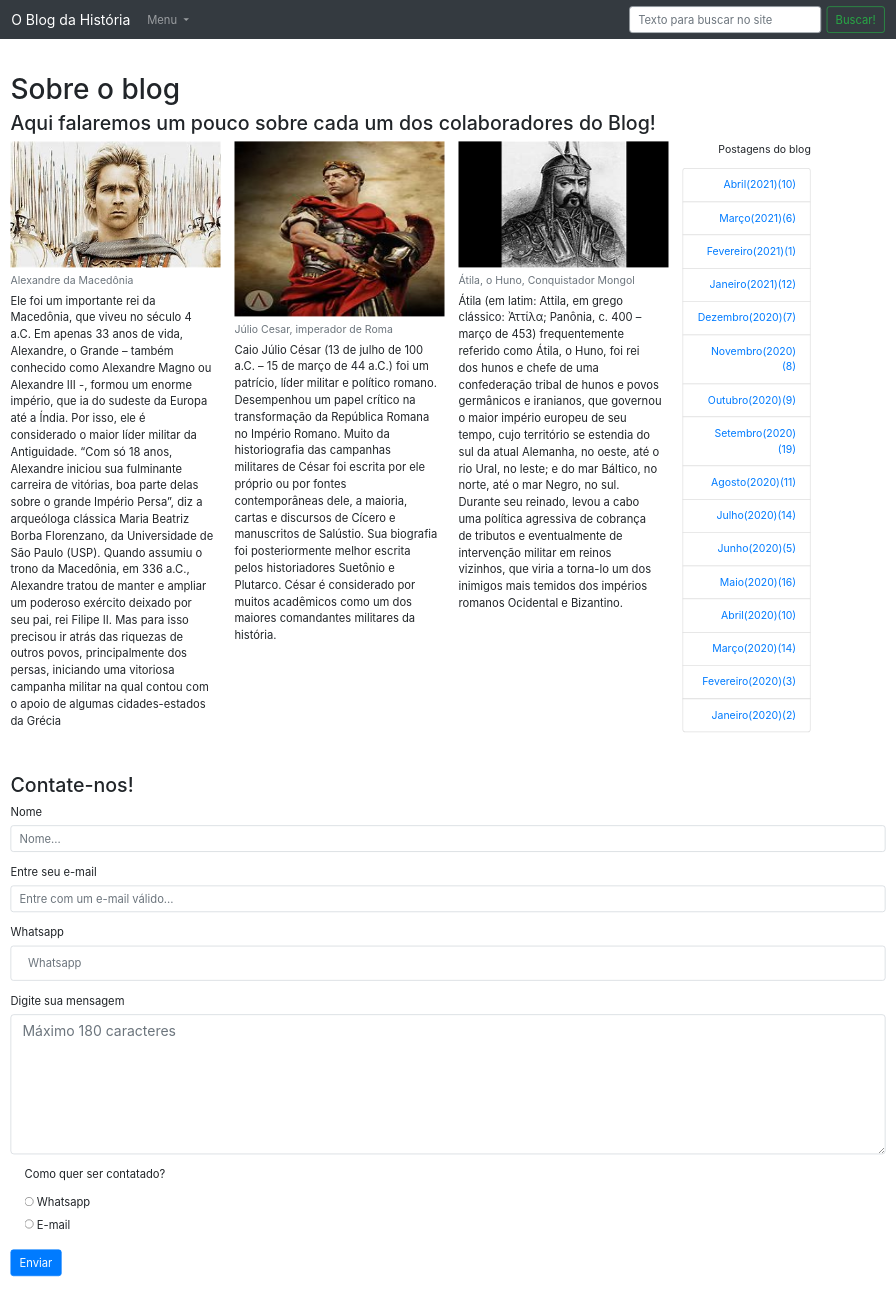
Repository: xhenrique/blog_layout_bootstrap
Page: source/sobre.html
These files come from the project's save history. The page is drawn as it stood at one moment and after the next save; the edit follows.
The browser window is 1280 px wide. The pictures show the whole page, at 70% of full size.

Above is the page before, as saved 2021-04-25 03:27:56.

### source/sobre.html
<!DOCTYPE html>
<html lang="pt-br">
  <head>
    <!-- Meta tags Obrigatórias -->
    <meta charset="utf-8">
    <meta name="viewport" content="width=device-width, initial-scale=1, shrink-to-fit=no">

    <!-- Bootstrap CSS -->
    <link rel="stylesheet" href="https://stackpath.bootstrapcdn.com/bootstrap/4.1.3/css/bootstrap.min.css" integrity="sha384-MCw98/SFnGE8fJT3GXwEOngsV7Zt27NXFoaoApmYm81iuXoPkFOJwJ8ERdknLPMO" crossorigin="anonymous">
    <title>O Blog da História</title>
  </head>
  <body>
    <nav class="navbar navbar-expand-md navbar-dark bg-dark sticky-top">
        <a class = "navbar-brand" href="index.html">O Blog da História</a>

        <!--Especificações do que é cada um dos atributos!!!!!
            "aria-controls": define a relação entre os elementos, um elemento é pai e o outro filho, deve ser definido no pai, relacionando o filho;
            "data-target" : Define o que será exibido quando clicar na opção do menu;
            "data-toggle" : o que vai acontecer quando eu clicar em cima do botão, collapse, por exemplo, faz o botão expandir e retrair as opções;
            "aria-expanded" : Flag para o navegador informando que o elemento não está expandido;
            "aria-label" : é usado para definir uma string na tag do elemento atual.
        -->
        <button class="navbar-toggler" type="button" data-toggle="collapse" data-target="#navbarCfg" aria-controls="navbarCfg">
            <span class="navbar-toggler-icon"></span>
        </button>
        <div class="collapse navbar-collapse" id="navbarCfg">
            <ul class="navbar-nav mr-auto">
                <a class="nav-link dropdown-toggle" href="#" id="navbarDropdown" role="button" data-toggle="dropdown" aria-haspopup="true" aria-expanded="false">
                Menu
                </a>
                <div class="dropdown-menu" aria-labelledby="navbarDropdown">
                <a class="dropdown-item" href="index.html">Início</a>
                <a class="dropdown-item" href="sobre.html">Sobre</a>
                <a class="dropdown-item" href="posts.html">Postagens</a>
                <div class="dropdown-divider"></div>
                <p style="text-align: left; padding-left: 10px;"> Criado por: <br/>José Xavier<br/>UFPA - 2021</p>
                </div>
            </ul>
            <form class="form-inline my-2 my-lg-0">
            <input class="form-control mr-sm-2" type="search" placeholder="Texto para buscar no site" aria-label="Search">
            <button class="btn btn-outline-success my-2 my-sm-0" type="submit">Buscar!</button>
            </form>
        </div>
    </nav>

    <div class="container-fluid" id="sobreContainer">
        <div id="sobre_o_blog" class="text-left">
            <br/>
            <br/>
            <h1>Sobre o blog</h1>
            <h3>Aqui falaremos um pouco sobre cada um dos colaboradores do Blog!</h3>
        </div>
        <div class="row d-flex">
            <div class="col-md-3">
                <img class="figure-img" src="../img/alexandre.jpg" alt="Xandão"  style="height: 180px; width: 300px">
                <figcaption class="figure-caption" style="font-size: 15px; margin-bottom: 5px;">
                    Alexandre da Macedônia
                </figcaption>
                <p>Ele foi um importante rei da Macedônia, que viveu no século 4 a.C. Em apenas 33 anos de vida, Alexandre, o Grande – também conhecido como Alexandre Magno ou Alexandre III -, formou um enorme império, que ia do sudeste da Europa até a Índia. Por isso, ele é considerado o maior líder militar da Antiguidade. “Com só 18 anos, Alexandre iniciou sua fulminante carreira de vitórias, boa parte delas sobre o grande Império Persa”, diz a arqueóloga clássica Maria Beatriz Borba Florenzano, da Universidade de São Paulo (USP). Quando assumiu o trono da Macedônia, em 336 a.C., Alexandre tratou de manter e ampliar um poderoso exército deixado por seu pai, rei Filipe II. Mas para isso precisou ir atrás das riquezas de outros povos, principalmente dos persas, iniciando uma vitoriosa campanha militar na qual contou com o apoio de algumas cidades-estados da Grécia</p>
            </div>
            <div class="col-md-3">
                <img class="figure-img" src="../img/th.jfif" alt="imperador" style="height: 250px; width: 300px">
                <figcaption class="figure-caption" style="font-size: 15px; margin-bottom: 5px;">
                    Júlio Cesar, imperador de Roma
                </figcaption>
                <p>Caio Júlio César (13 de julho de 100 a.C. – 15 de março de 44 a.C.) foi um patrício, líder militar e político romano. Desempenhou um papel crítico na transformação da República Romana no Império Romano. Muito da historiografia das campanhas militares de César foi escrita por ele próprio ou por fontes contemporâneas dele, a maioria, cartas e discursos de Cícero e manuscritos de Salústio. Sua biografia foi posteriormente melhor escrita pelos historiadores Suetônio e Plutarco. César é considerado por muitos acadêmicos como um dos maiores comandantes militares da história.</p>
            </div>
            <div class="col-md-3">
                <img class="figure-img" src="../img/atila.jpg" alt="o_huno" style="height: 180px; width: 300px">
                <figcaption class="figure-caption" style="font-size: 15px; margin-bottom: 5px;">
                        Átila, o Huno, Conquistador Mongol
                </figcaption>
                <p>Átila (em latim: Attila, em grego clássico: Ἀττίλα; Panônia, c. 400 – março de 453) frequentemente referido como Átila, o Huno, foi rei dos hunos e chefe de uma confederação tribal de hunos e povos germânicos e iranianos, que governou o maior império europeu de seu tempo, cujo território se estendia do sul da atual Alemanha, no oeste, até o rio Ural, no leste; e do mar Báltico, no norte, até o mar Negro, no sul. Durante seu reinado, levou a cabo uma política agressiva de cobrança de tributos e eventualmente de intervenção militar em reinos vizinhos, que viria a torna-lo um dos inimigos mais temidos dos impérios romanos Ocidental e Bizantino.</p>
            </div>
                <div class="col-md-2">
                    <div class="text-right" style="font-size: 15px;">
                        <p>Postagens do blog</p>
                        <ul class="list-group">
                            <!--Javascript provavelmente entraria aqui, iterando sobre uma lista/matriz e exibindo a quantida de postagens por mês/ano-->
                            <li class="list-group-item"><a href="">Abril(2021)(10)</a></li>
                            <li class="list-group-item"><a href="">Março(2021)(6)</a></li>
                            <li class="list-group-item"><a href="">Fevereiro(2021)(1)</a></li>
                            <li class="list-group-item"><a href="">Janeiro(2021)(12)</a></li>
                            <li class="list-group-item"><a href="">Dezembro(2020)(7)</a></li>
                            <li class="list-group-item"><a href="">Novembro(2020)(8)</a></li>
                            <li class="list-group-item"><a href="">Outubro(2020)(9)</a></li>
                            <li class="list-group-item"><a href="">Setembro(2020)(19)</a></li>
                            <li class="list-group-item"><a href="">Agosto(2020)(11)</a></li>
                            <li class="list-group-item"><a href="">Julho(2020)(14)</a></li>
                            <li class="list-group-item"><a href="">Junho(2020)(5)</a></li>
                            <li class="list-group-item"><a href="">Maio(2020)(16)</a></li>
                            <li class="list-group-item"><a href="">Abril(2020)(10)</a></li>
                            <li class="list-group-item"><a href="">Março(2020)(14)</a></li>
                            <li class="list-group-item"><a href="">Fevereiro(2020)(3)</a></li>
                            <li class="list-group-item"><a href="">Janeiro(2020)(2)</a></li>
                        </ul>
                    </div>
                </div>
        </div>

        <form>
            <br/>
            <br/>

            <h3>
                Contate-nos!
            </h3>
            <div class="mb-3">
                <label for="nameInput" class="form-label">Nome</label>
                <input type="text" placeholder="Nome..." class="form-control" id="nameInput"  required>
            </div>
            <div class="mb-3">
                <label for="inputEmail" class="form-label">Entre seu e-mail</label>
                <input type="email" placeholder="Entre com um e-mail válido..." class="form-control" id="inputEmail"  required>
            </div>
              <div class="mb-3">
                <label for="wppInput" class="form-label">Whatsapp</label>
                <input type="tel" placeholder="Whatsapp" class="form-control p-4" id="wppInput">
              </div>
              <div class="mb-3">
                <label for="msgInput" class="form-label">Digite sua mensagem</label>
                <textarea type="text" placeholder="Máximo 180 caracteres" maxlength="180" class="form-control form-control-lg" id="msgInput" style="height: 200px;"></textarea>
              </div>
              <div class="mb-3 form-check">
                  <p>Como quer ser contatado?
                  </p>
                  <input type="radio" id="wpp" name="whatsapp" value="Whatsapp">
                  <label for="wpp">Whatsapp</label><br>
                  <input type="radio" id="e-mail" name="email" value="E-mail">
                  <label for="e-mail">E-mail</label><br>
              </div>
              <button class="btn btn-primary" type="submit" aria-label="btnSubmmit">Enviar</button>
              <br>
              <br>
              <br>
        </form>
    </div>


    <!-- JavaScript (Opcional) -->
    <!-- jQuery primeiro, depois Popper.js, depois Bootstrap JS -->
    <script src="https://code.jquery.com/jquery-3.3.1.slim.min.js" integrity="sha384-q8i/X+965DzO0rT7abK41JStQIAqVgRVzpbzo5smXKp4YfRvH+8abtTE1Pi6jizo" crossorigin="anonymous"></script>
    <script src="https://cdnjs.cloudflare.com/ajax/libs/popper.js/1.14.3/umd/popper.min.js" integrity="sha384-ZMP7rVo3mIykV+2+9J3UJ46jBk0WLaUAdn689aCwoqbBJiSnjAK/l8WvCWPIPm49" crossorigin="anonymous"></script>
    <script src="https://stackpath.bootstrapcdn.com/bootstrap/4.1.3/js/bootstrap.min.js" integrity="sha384-ChfqqxuZUCnJSK3+MXmPNIyE6ZbWh2IMqE241rYiqJxyMiZ6OW/JmZQ5stwEULTy" crossorigin="anonymous"></script>
  </body>
</html>

After the next save:
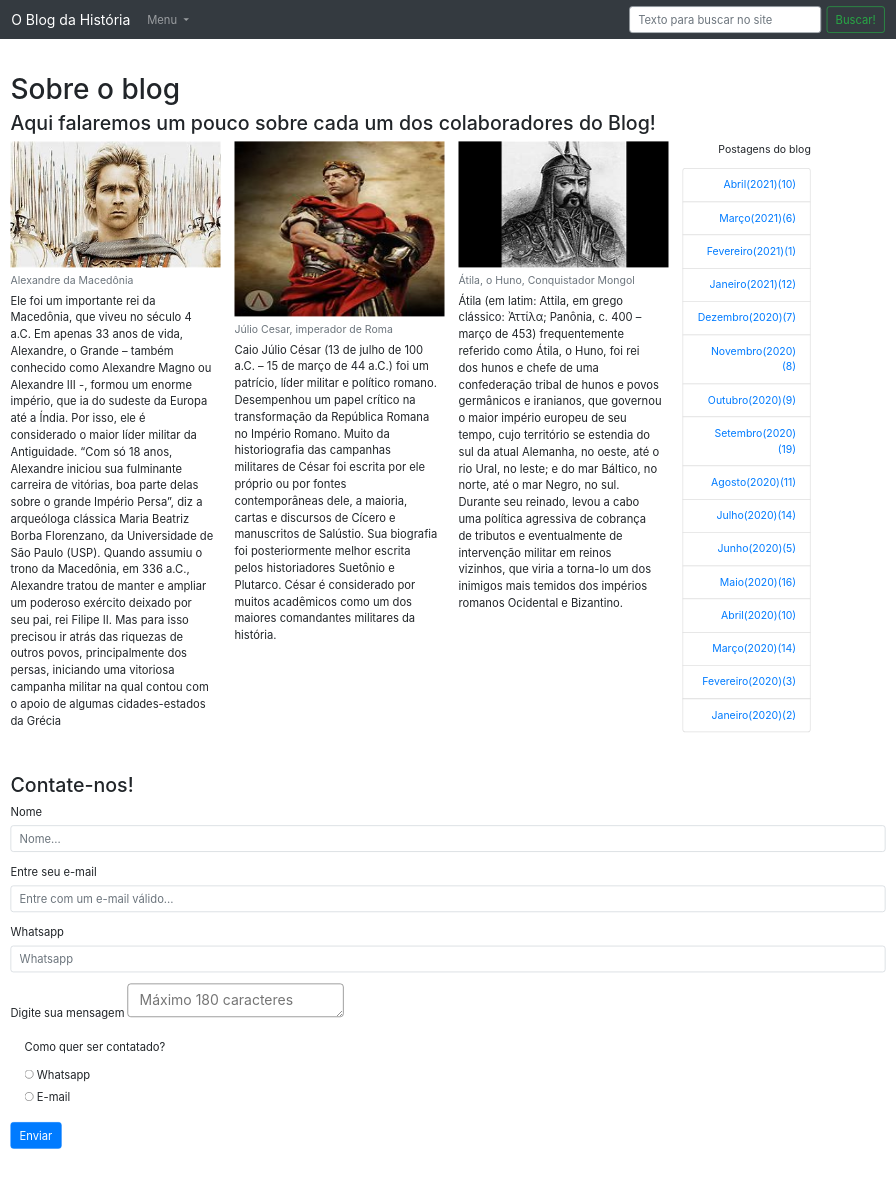
Saved 57 s later.
--- a/source/sobre.html
+++ b/source/sobre.html
@@ -115,11 +115,11 @@
             </div>
               <div class="mb-3">
                 <label for="wppInput" class="form-label">Whatsapp</label>
-                <input type="tel" placeholder="Whatsapp" class="form-control p-4" id="wppInput">
+                <input type="tel" placeholder="Whatsapp" class="form-control" id="wppInput">
               </div>
               <div class="mb-3">
                 <label for="msgInput" class="form-label">Digite sua mensagem</label>
-                <textarea type="text" placeholder="Máximo 180 caracteres" maxlength="180" class="form-control form-control-lg" id="msgInput" style="height: 200px;"></textarea>
+                <textarea type="text" placeholder="Máximo 180 caracteres" maxlength="180" class="form-control-lg" id="msgInput"></textarea>
               </div>
               <div class="mb-3 form-check">
                   <p>Como quer ser contatado?
